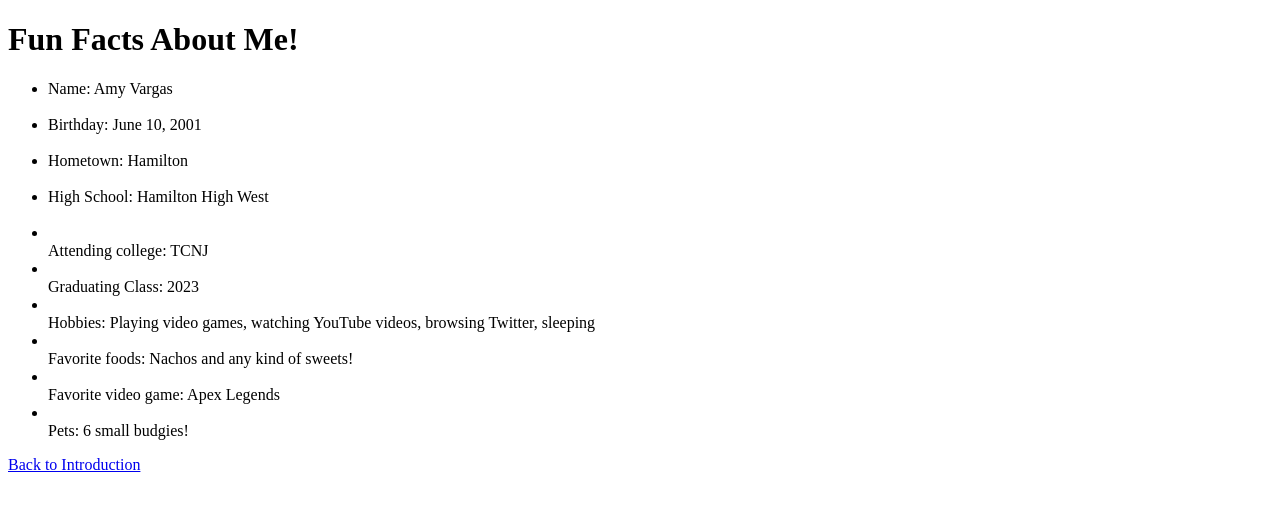
Repository: A-Vargas-GP/imm_my_website
Page: personal_site/personal/personal_facts.html
The author's editor kept a record of every edit. The page is drawn from the files as they stood at one moment, then again after the next edit.
The browser window is 1280 px wide. The pictures show the whole page.

Above is the page before.

### personal_site/personal/personal_facts.html
<!DOCTYPE html>
<html>
    <head> <meta charset = "utf-8">
        <title> All about Me! </title>
    </head>

    <body>
        <h1> Fun Facts About Me! </h1>

            <ul>
                <li> Name: Amy Vargas </li>
                </br>
                <li> Birthday: June 10, 2001 </li>
                </br>
                <li> Hometown: Hamilton </li>
                </br>
                <li> High School: Hamilton High West </li>
                </br>
                <li> </li>Attending college: TCNJ
                </br>
                <li> </li>Graduating Class: 2023
                </br>
                <li> </li>Hobbies: Playing video games, watching YouTube videos, browsing Twitter, sleeping
                </br>
                <li> </li>Favorite foods: Nachos and any kind of sweets!
                </br>
                <li> </li>Favorite video game: Apex Legends
                </br>
                <li> </li>Pets: 6 small budgies!
            </ul>

        <a href = "../introduction.html"> Back to Introduction </a>
    </body>
</html>

After the next edit:
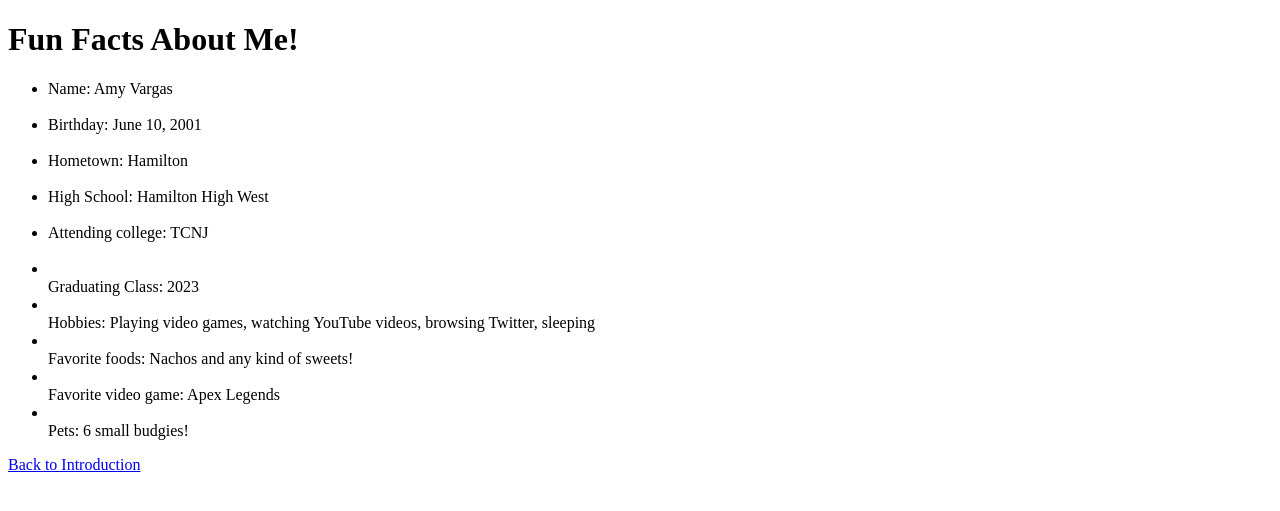
The edit:
--- a/personal_site/personal/personal_facts.html
+++ b/personal_site/personal/personal_facts.html
@@ -16,7 +16,7 @@
                 </br>
                 <li> High School: Hamilton High West </li>
                 </br>
-                <li> </li>Attending college: TCNJ
+                <li> Attending college: TCNJ </li>
                 </br>
                 <li> </li>Graduating Class: 2023
                 </br>
